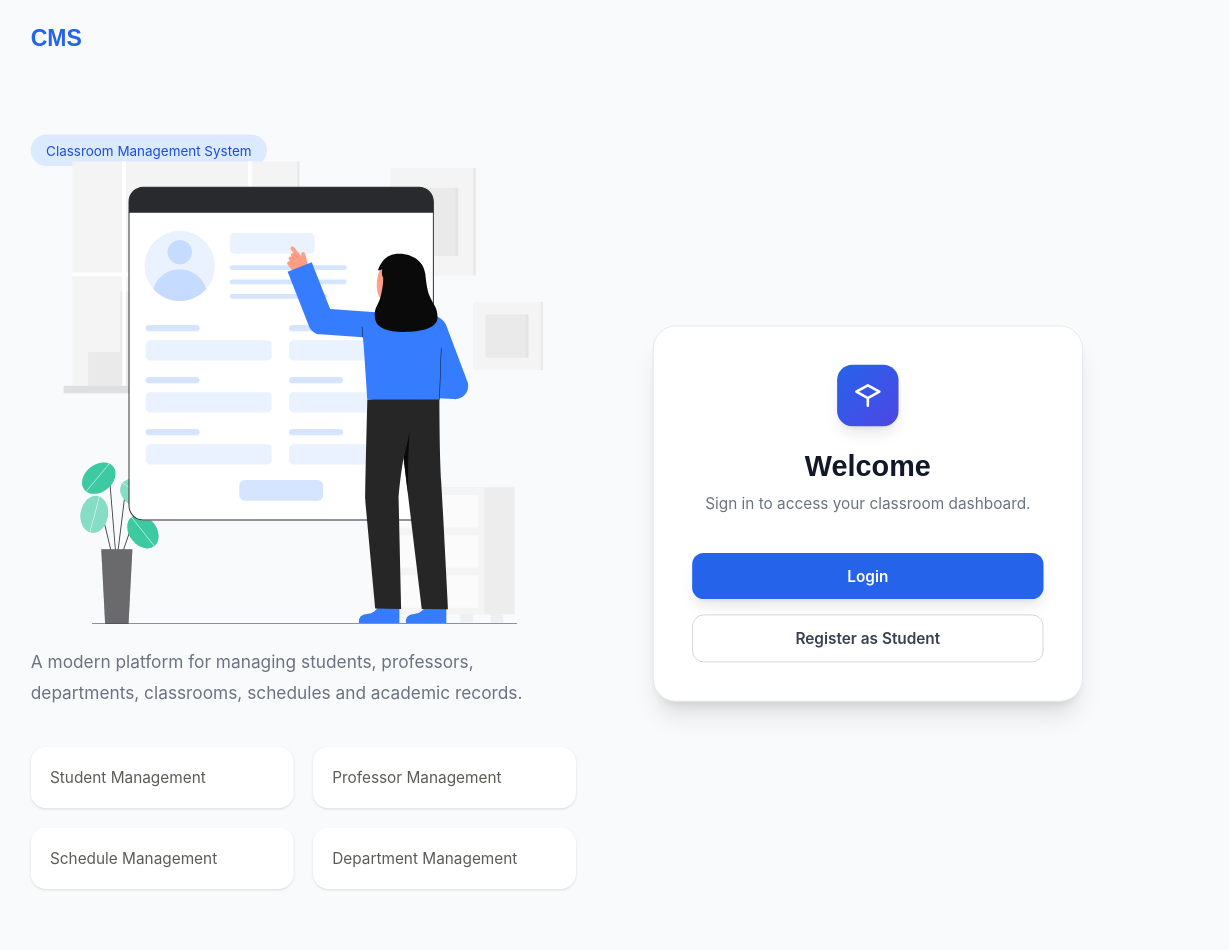
Repository: Chocovcandy/Classroom_Management_System
Page: http://localhost/Login_page
The author's editor kept a copy of each file at every save. The page is drawn from the files as they stood at one save, then again after a run of saves.
The browser window is 1280 px wide. The pictures show the whole page, at 96% of full size.
Some web libraries are served in a nearby version. The page is served by the project's Laravel application, run on PHP 8.4 with Laravel 12.

Above is the page before, as saved 2026-08-11 11:20:00.

After the next 2 saves:
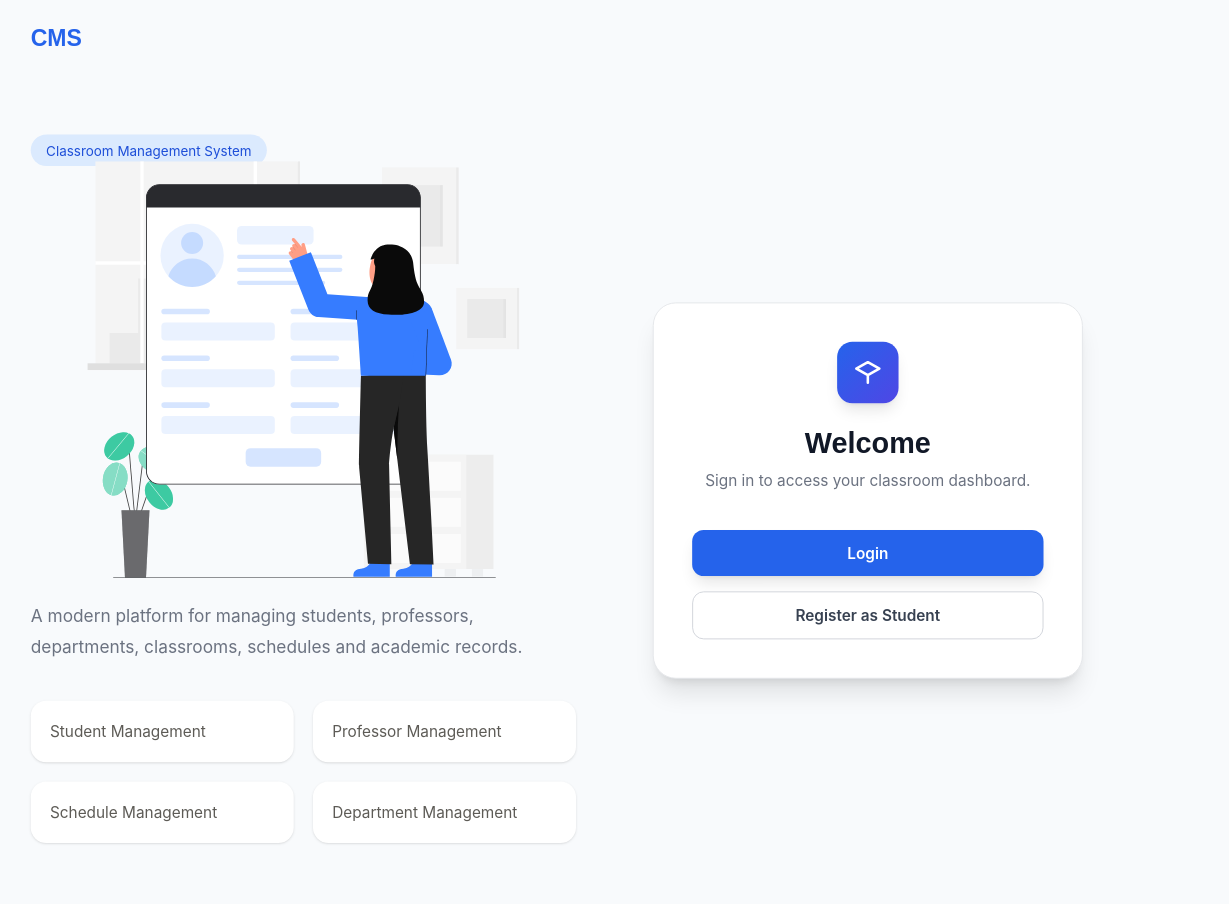
The 2 saves are shown as one change because they came seconds apart.
The last was saved 3 min 49 s later.
--- a/public/assets/css/style.css
+++ b/public/assets/css/style.css
@@ -285,7 +285,7 @@
 .img_svg8 svg {
     display: block;
     width: 100%;
-    max-width: 500px;
+    max-width: 450px;
     margin: 0 auto 0px;
 }
 .image_01 img {
